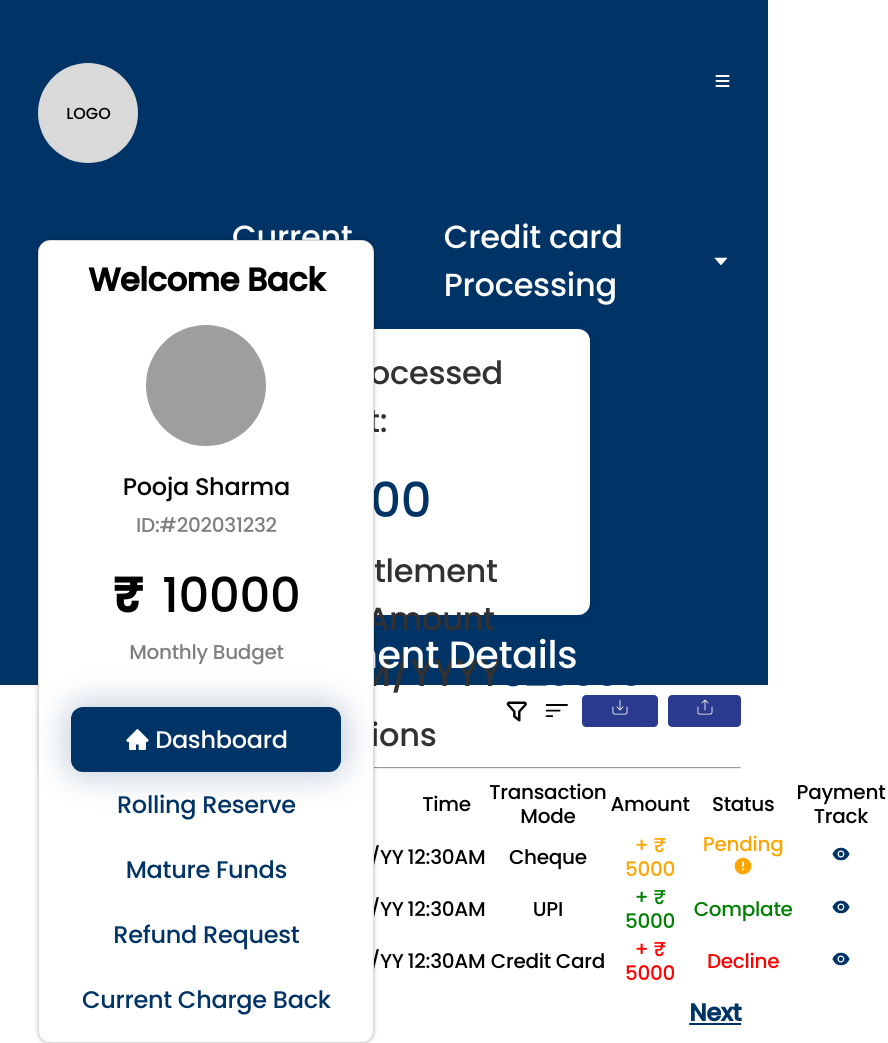
Repository: FlyweisReact/Prashant
Page: /dashboard
The author's editor kept a copy of each file at every save. The page is drawn from the files as they stood at one save, then again after the next save.
The browser window is 768 px wide. The page is 888 px wide, so the pictures cover 888 px, including what lies to the right of the window. The pictures show the whole page.
Pictures or frames that could not be fetched are drawn as grey boxes. Some web libraries are served in a nearby version. The project was rebuilt for these pictures with package versions that can differ from the ones it lists, and the page was loaded fresh each time. Also part of the build but not shown: src/Pages/CryptoPayment.jsx, src/Pages/CurrentCharge.jsx, src/Styles/Login.module.css, src/Components/Login/LoginFirstSection.jsx, src/Components/Login/LoginMainSection.jsx, src/Pages/Login.jsx, src/Pages/MatureFund.jsx, src/Pages/OpenBanking.jsx and 12 more.

Above is the page before, as saved 2023-03-23 16:36:54.

After the next save:
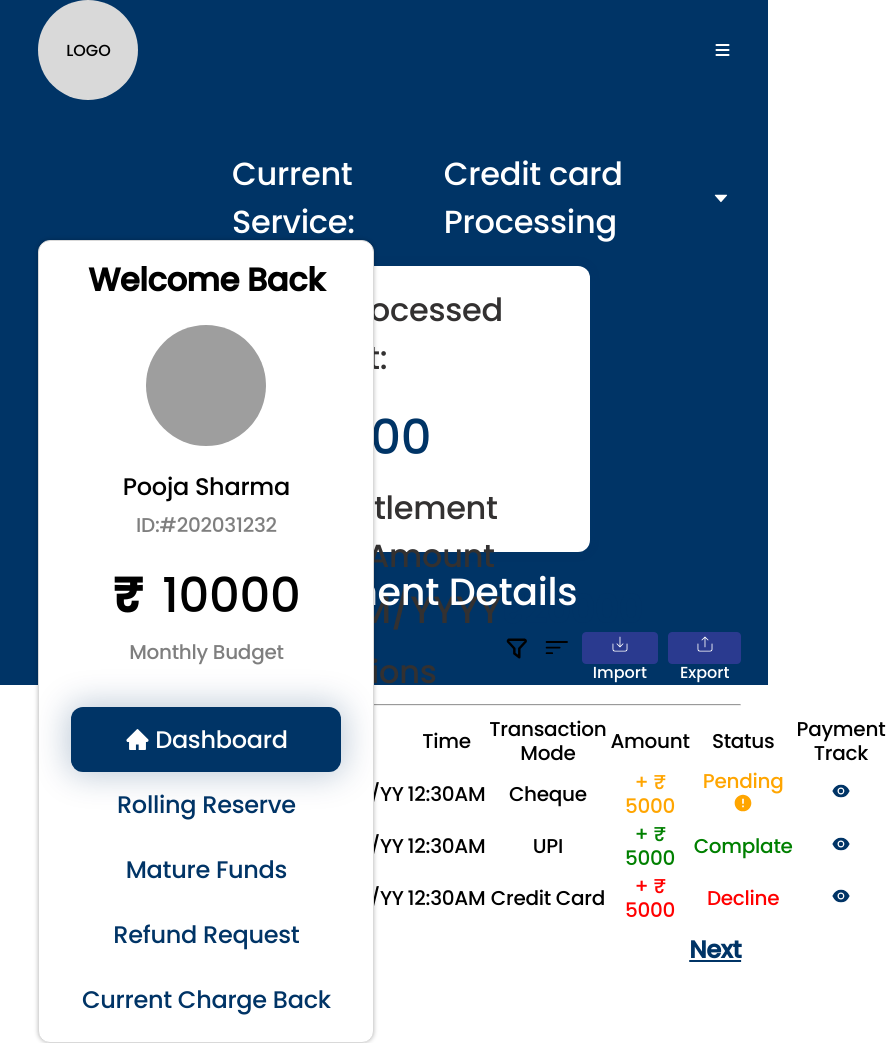
Saved 18 s later.
--- a/src/Styles/Dashboard.module.css
+++ b/src/Styles/Dashboard.module.css
@@ -201,6 +201,7 @@ letter-spacing: -0.28px;
     .Logo{
         width: 100px;
         height: 100px;
+        margin-top: 0px;
     }
 
 
